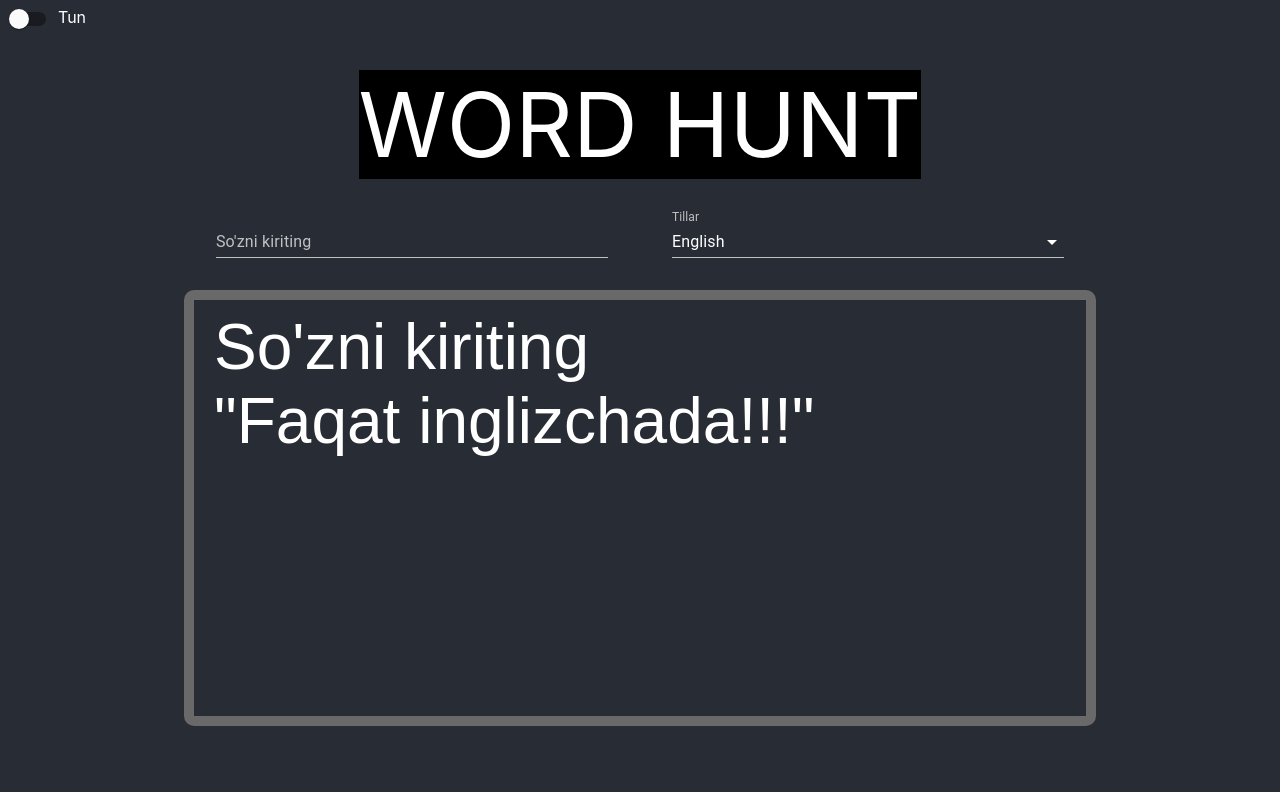
Repository: om1ars/react-translator
Page: /
An editor plug-in stored every save of this project. The page is shown before and after a run of saves, followed by the edit.
The browser window is 1280 px wide. The pictures show the whole page.
The page's requests for data from a server got no answer. The project was rebuilt for these pictures with package versions that can differ from the ones it lists, and the page was loaded fresh each time. No one was signed in, and anything a server would have sent is missing.

Above is the page before, as saved 2021-10-07 16:15:25.

### src/App.js
import "./App.css";
import { useEffect, useState } from "react";
import axios from "axios";
import { Container, Switch, withStyles } from "@material-ui/core";
import { Header } from "./components/Header/Header";
import { Definitions } from "./components/Definitions";

function App() {
  const [word, setword] = useState("");
  const [meanings, setmeanings] = useState([]);
  const [category, setcategory] = useState("en");
  const [checked, setChecked] = useState(false);

  const dictionaryApi = async () => {
    try {
      const data = await axios.get(
        `https://api.dictionaryapi.dev/api/v2/entries/${category}/${word}`
      );

      // console.log(data);
      setmeanings(data.data);
    } catch (error) {
      console.log(error);
    }
  };

  const handleChange = (event) => {
    setChecked(!checked);
  };

  console.log(meanings);
  useEffect(() => {
    dictionaryApi();
  }, [word, category]);

  return (
    <div
      className="App"
      style={{
        height: "100vh",
        backgroundColor: checked ? "#fff" : "#282c34",
        color: checked ? "#282c34" : "white",
        justifyContent: "space-evenly",
      }}
    >
      <Switch
        checked={checked}
        onChange={handleChange}
        inputProps={{ "aria-label": "controlled" }}
      />
      <span>{checked ? "Kun" : "Tun"}</span>
      <Container
        maxWidth="md"
        style={{ display: "flex", flexDirection: "column", height: "100vh" }}
      >
        <Header
        checked={checked}
          category={category}
          setcategory={setcategory}
          word={word}
          setword={setword}
        />
        {meanings && (
          <Definitions word={word} meanings={meanings} category={category} />
        )}
      </Container>
    </div>
  );
}

export default App;

### src/App.css
.App {
  min-height: 110vh;
}

### src/components/Header/Header.js
import {
  createMuiTheme,
  MenuItem,
  MuiThemeProvider,
  TextField,
} from "@material-ui/core";
import React from "react";
import "./Header.css";
import { ThemeProvider } from "@material-ui/styles";
import categoris from "../data/Category";

export const Header = ({ category, setcategory, word, setword, checked }) => {
  const darkTheme = createMuiTheme({
    palette: {
      primary: {
        main: "#fff",
      },
      type: "dark",
    },
  });

  const handleChange = (e) => {
    setcategory(e);
    setword("");
  };

  return (
    <div className="header">
      <span className="title" style={{backgroundColor :checked ? 'white' : 'black'}}>{word ? word : "Word Hunt"}</span>
      <div className="inputs">
        <ThemeProvider theme={darkTheme}>
          <TextField
          color='danger'
            id="standard-basic"
            label="standard"
            className="search"
            id="standard-basic"
            label="So'zni kiriting"
            value={word}
            onChange={(e) => setword(e.target.value)}
          />
          <TextField
            className="select"
            select
            value={category}
            onChange={(e) => handleChange(e.target.value)}
            label="Tillar"
          >
            {categoris.map((option) => (
              <MenuItem key={option.label} value={option.label}>
                {option.value}
              </MenuItem>
            ))}
          </TextField>
        </ThemeProvider>
      </div>
    </div>
  );
};

### src/components/Definitions.js
import React from "react";
import "./Definitions.css";

export const Definitions = ({ word, category, meanings }) => {
  return (
    <div className="meanings">
       {meanings[0] && word && category === "en" && (
        <audio
          style={{ backgroundColor: "#fff", borderRadius: 10 }}
          src={meanings[0].phonetics[0] && meanings[0].phonetics[0].audio}
          controls
        >
          Your browser does not support the audio element.
        </audio>
      )}
      {word === "" ? (
        <span className="subtitle">
          So'zni kiriting <br /> "Faqat inglizchada!!!"
        </span>
      ) : (
        meanings.map((mean) =>
          mean.meanings.map((item) =>
            item.definitions.map((def) => (
              <div
                className="singleMean"
                style={{ backgroundColor: "white", color: "black" }}
              >
                <b>{def.definition}</b>
                <hr style={{ backgroundColor: "black", width: "100%" }} />
                {def.example && (
                  <span>
                    <b>Example: {def.example}</b>
                  </span>
                )}
                {def.synonyms && (
                  <span>
                    <b>Synonyms: {def.synonyms.map((s) => `${s},  `)}</b>
                  </span>
                )}
              </div>
            ))
          )
        )
      )}
    </div>
  );
};

### src/components/Header/Header.css
.title {
  font-size: 7vw;
  text-transform: uppercase;
  color: white;
}
.header {
  display: flex;
  align-items: center;
  justify-content: space-evenly;
  flex-direction: column;
  height: 35vh;
  width: 100%;
}
@media (max-width: 900px) {
  .header {
    height: 25vh;
  }
  .title {
      font-size: 11vw;
  }
}
.inputs {
    width: 100%;
    display: flex;
    justify-content: space-around;
}
.search {
    width: 43%;
}
.select {
    width: 43%;
}

### src/components/Definitions.css
.meanings {
    display: flex;
    flex-direction: column;
    overflow-y: scroll;
    scrollbar-width: thin;
    height: 55vh;
    border: 10px solid rgba(105, 105, 105);
    border-radius: 10px;
    padding: 10px 20px;
    overflow-x: hidden;
}
.subtitle {
    font-size: 5vw;
    font-family: 'Motserrat', sans-serif;
}

@media (max-width: 900px ){
    .meanings {
        height: 60vh;
        overflow-x: hidden;
        overflow-y: scroll;
    }
}
.singleMean {
    display: flex;
    flex-direction: column;
    border-radius: 10px;
    padding: 10px 20px;
    margin: 10px 0;
}

Loaded but not shown: public/index.html (common file); src/index.js (common file); src/index.css (common file); src/reportWebVitals.js (common file); src/components/data/Category.js (common file)

After the next 4 saves:
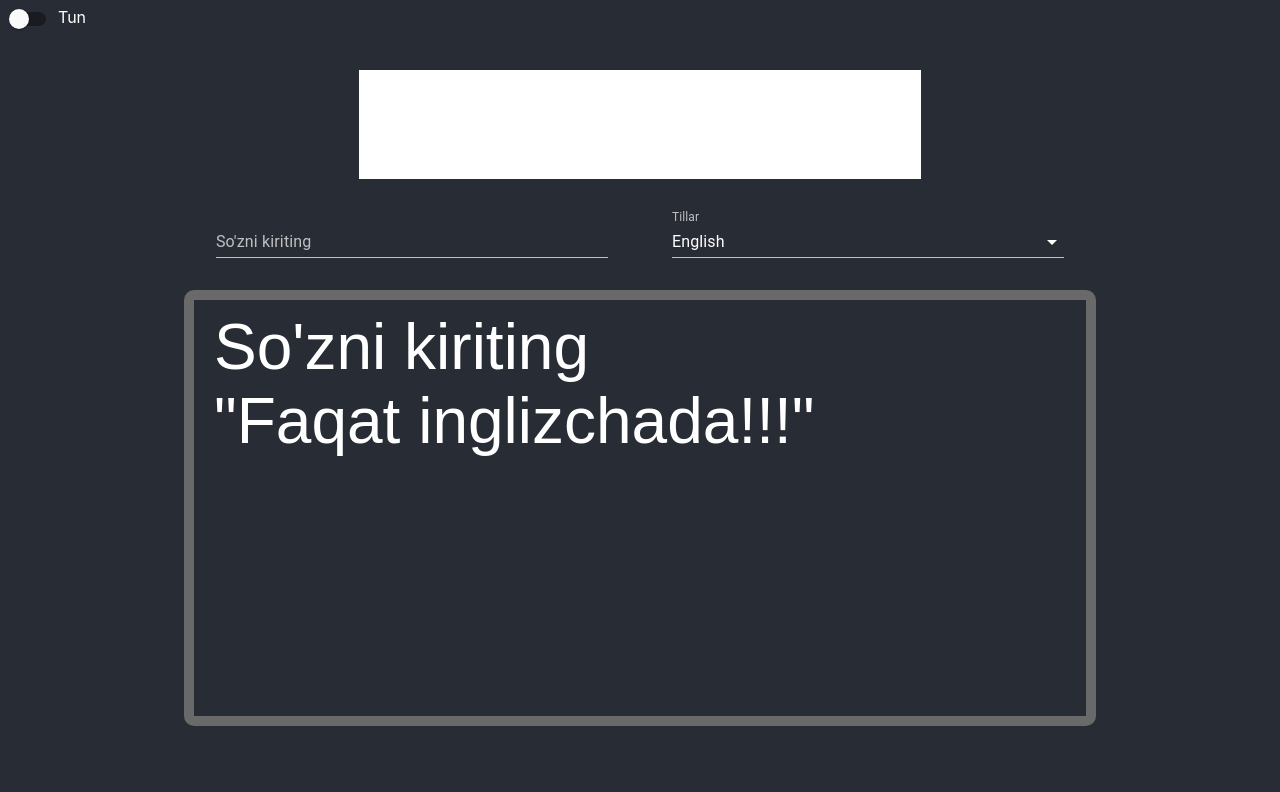
The 4 saves are shown as one change because they came seconds apart.
The last was saved 11 s later.
--- a/src/components/Header/Header.js
+++ b/src/components/Header/Header.js
@@ -26,7 +26,7 @@ export const Header = ({ category, setcategory, word, setword, checked }) => {
 
   return (
     <div className="header">
-      <span className="title" style={{backgroundColor :checked ? 'white' : 'black'}}>{word ? word : "Word Hunt"}</span>
+      <span className="title" style={{backgroundColor :checked ? 'black' : 'white'}}>{word ? word : "Word Hunt"}</span>
       <div className="inputs">
         <ThemeProvider theme={darkTheme}>
           <TextField
